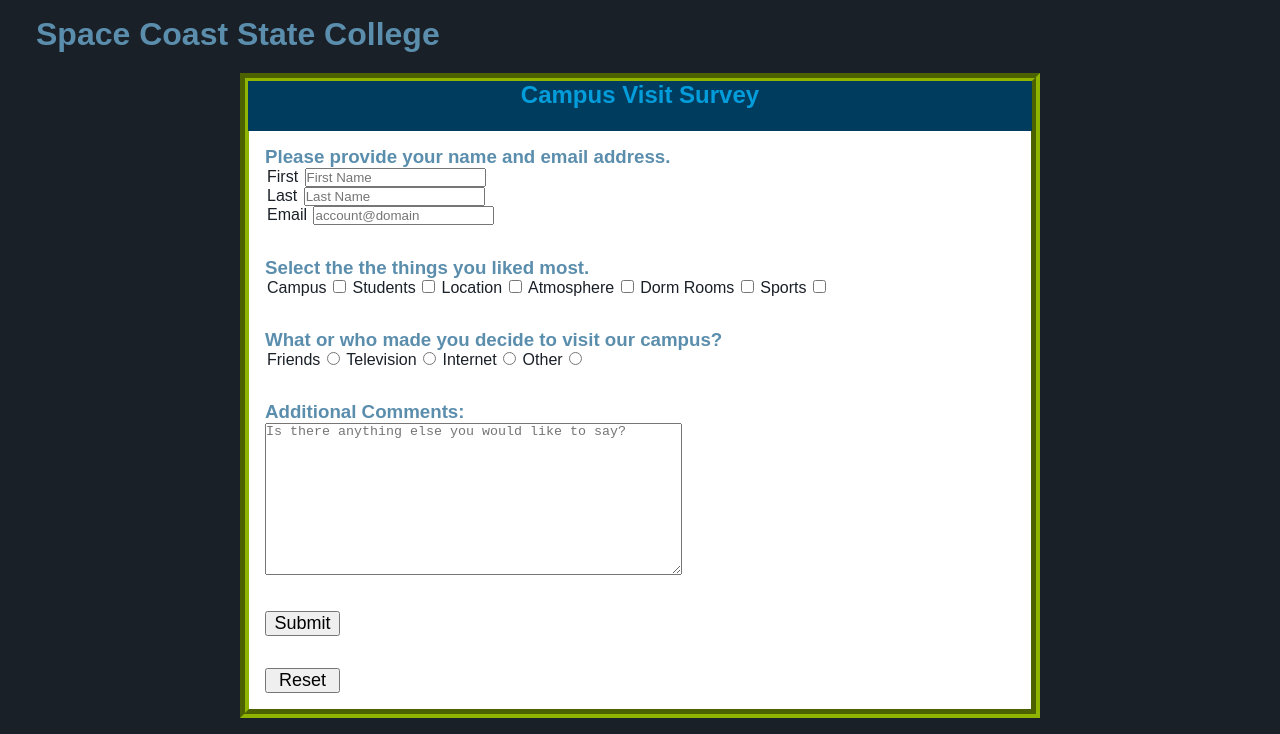
Repository: mlmEFSC21/P2-University-Form
Page: index.html
These files come from the project's save history. The page is drawn as it stood at one moment and after the next save; the edit follows.
The browser window is 1280 px wide. The pictures show the whole page.
Some web fonts or font styles are not loaded; a fallback is used.

Above is the page before, as saved 2022-01-29 20:16:20.

After the next save:
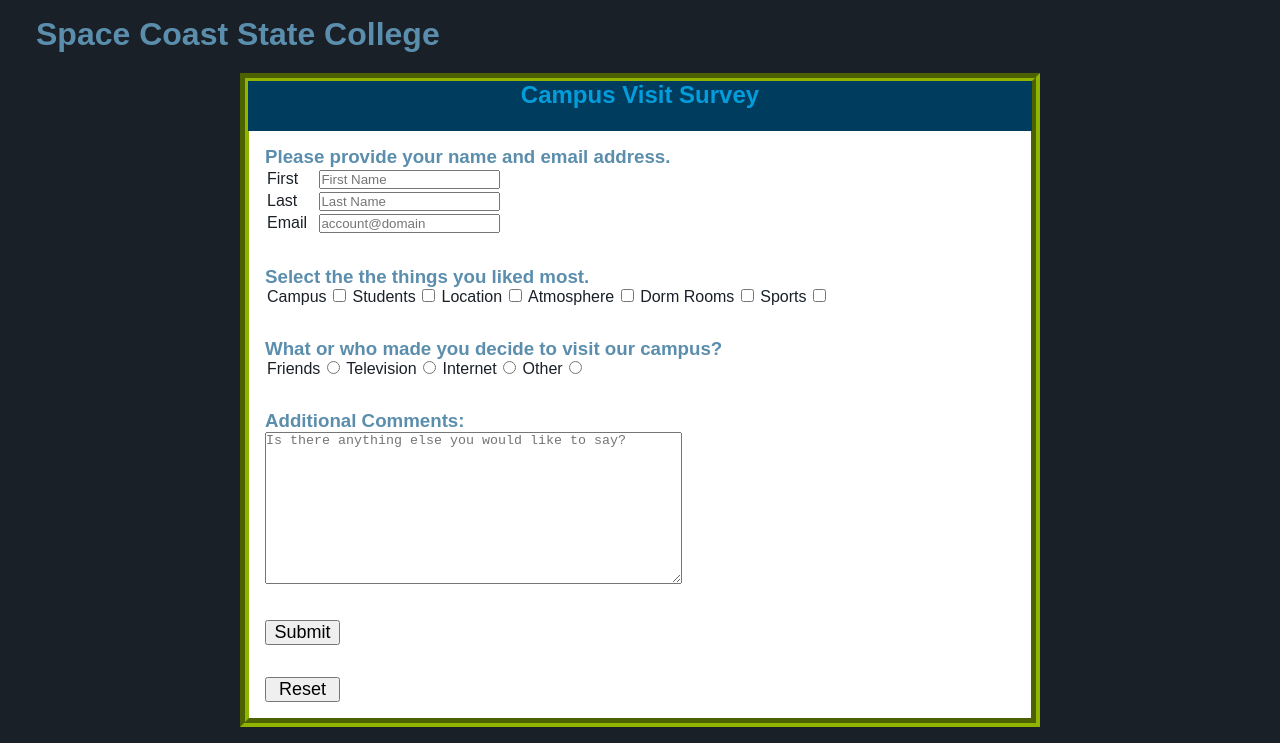
Saved 88 s later.
--- a/index.html
+++ b/index.html
@@ -19,7 +19,7 @@
                     <article class="info">
                         <h3>Please provide your name and email address.</h3>
                         <div>
-                            <label for="fname">First</label>
+                            <label for="fname" class="fname">First</label>
                             <input
                                 type="text"
                                 id="fname"
@@ -29,7 +29,7 @@
                             />
                         </div>
                         <div>
-                            <label for="lname">Last</label>
+                            <label for="lname" class="lname">Last</label>
                             <input
                                 type="text"
                                 id="lname"
@@ -39,7 +39,7 @@
                             />
                         </div>
                         <div>
-                            <label for="email">Email</label>
+                            <label for="email" class="email">Email</label>
                             <input
                                 type="email"
                                 id="email"
